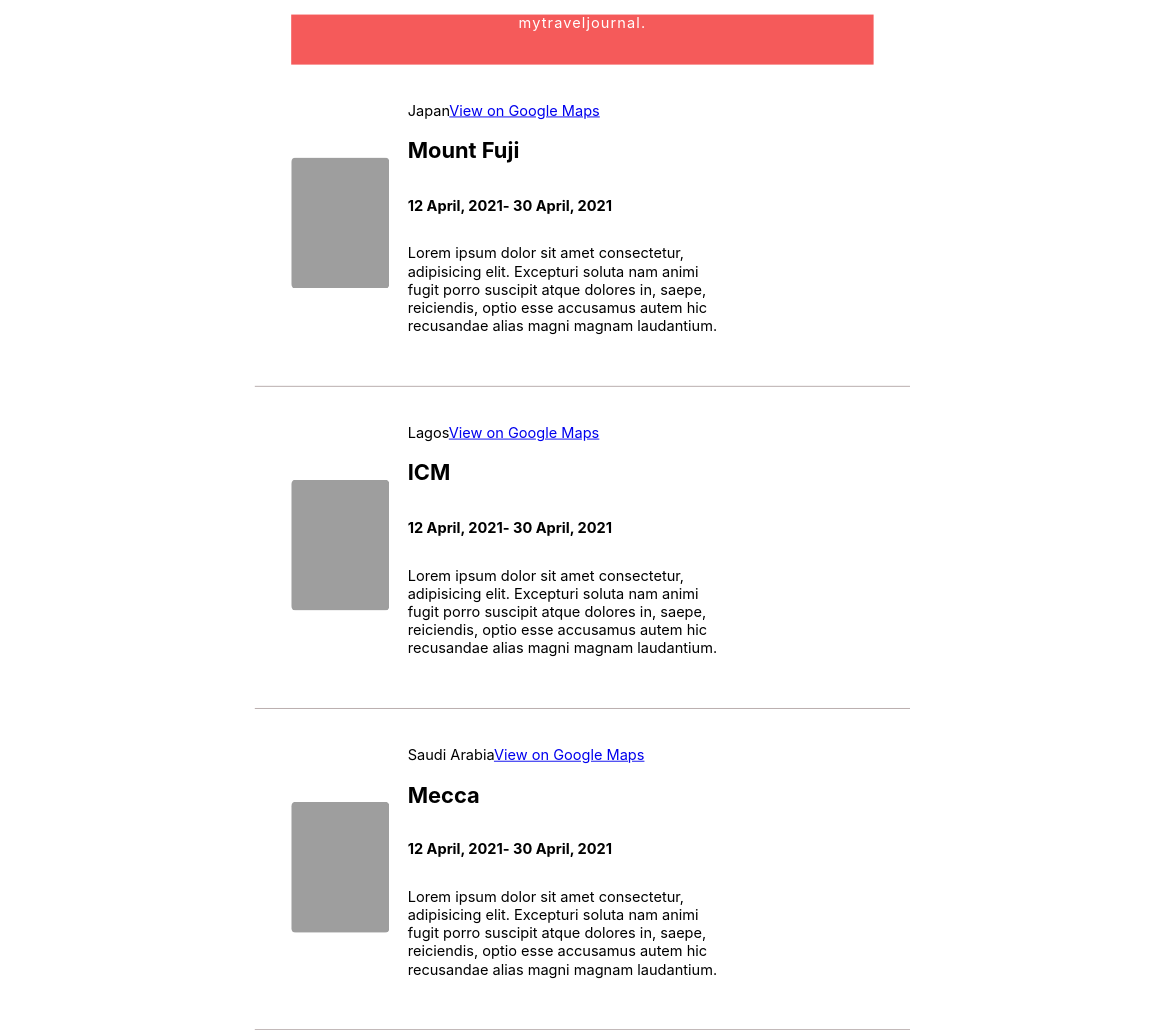
Repository: BuduCE/travel-journal
Page: /
An editor plug-in stored every save of this project. The page is shown before and after the next save, followed by the edit.
The browser window is 1280 px wide. The pictures show the whole page, at 91% of full size.
Pictures or frames that could not be fetched are drawn as grey boxes. The project was rebuilt for these pictures with package versions that can differ from the ones it lists, and the page was loaded fresh each time.

Above is the page before, as saved 2022-08-25 13:31:40.

### src/App.js
import './App.css';
import Home from './components/Home';
import Tour from './components/Tour';
import data from './data'

function App() {
  // Mapping through the data file
  const places = data.map(place => {
    return <Tour
              key = {place.id}
              {...place}
            />
  })

  return (
    <div className="App">
      <Home />
      {/* <Tour /> */}
      {places}
    </div>
  );
}

export default App;

### src/components/Home/index.jsx
import Tour from '../Tour'
import data from '../../data'
import './styles.css'

const Home = () => {


  return (
    <div className='Home'>
      <section className='header'>
        <p>mytraveljournal.</p>
      </section>
    </div>
  )
}

export default Home

### src/components/Tour/index.jsx
import './styles.css'
import camp from './camp.jpg'

const Tour = (props) => {
  return (
    <div className='Tour'>
      {/* Section 1 */}
      <div className="tour-img">
        {/* <img src={camp} alt="" /> */}
        <img src={props.image} alt="" />
      </div>

      {/* Section 2 */}
      <div className="tour-info">
        <div className="tour-loc">
          <img src="" alt="" />
          <span>{props.location}</span>
          <a href={props.googleMapsUrl}>View on Google Maps</a>
        </div>
        <h2>{props.title}</h2>
        <div className="tour-data">
          <p><b>{props.startDate}</b></p>
          <p><b>- {props.endDate}</b></p>
        </div>

        <p className='tour-desc'>
          Lorem ipsum dolor sit amet consectetur, adipisicing elit. Excepturi soluta nam animi fugit porro suscipit atque dolores in, saepe, reiciendis, optio esse accusamus autem hic recusandae alias magni magnam laudantium.
        </p>
      </div>

    </div>
  )
}

export default Tour

### src/data.js
export default [
    {
        id: 1,
        title: "Mount Fuji",
        location: "Japan",
        googleMapsUrl: "https://googlemaps",
        startDate: "12 April, 2021",
        endDate: "30 April, 2021",
        image: "https://images.unsplash.com/photo-1657214059212-104dac959c56?ixlib=rb-1.2.1&ixid=MnwxMjA3fDF8MHxzZWFyY2h8MXx8dHJhdmVsfGVufDB8fDB8fA%3D%3D&auto=format&fit=crop&w=500&q=60",
    },
    {
        id: 2,
        title: "ICM",
        location: "Lagos",
        googleMapsUrl: "https://googlemaps",
        startDate: "12 April, 2021",
        endDate: "30 April, 2021",
        image:"https://images.unsplash.com/photo-1527631746610-bca00a040d60?ixlib=rb-1.2.1&ixid=MnwxMjA3fDB8MHxzZWFyY2h8MTJ8fHRyYXZlbHxlbnwwfHwwfHw%3D&auto=format&fit=crop&w=500&q=60",
    },
    {
        id: 3,
        title: "Mecca",
        location: "Saudi Arabia",
        googleMapsUrl: "https://googlemaps",
        startDate: "12 April, 2021",
        endDate: "30 April, 2021",
        image:"https://images.unsplash.com/photo-1528543606781-2f6e6857f318?ixlib=rb-1.2.1&ixid=MnwxMjA3fDB8MHxzZWFyY2h8MTh8fHRyYXZlbHxlbnwwfHwwfHw%3D&auto=format&fit=crop&w=500&q=60",
    },
]

### src/components/Home/styles.css
.Home{
    width: 50%;
    margin: auto;
}
.header{
    background: #F55A5A;
    height: 55px;
    text-align: center;
    font-size: 1rem;
    line-height: 18px;
    letter-spacing: 0.075em;
    color: #fff;
}
.tour-list{
    /* padding: 40px; */
}

### src/components/Tour/styles.css
.Tour{
    width: 50%;
    margin: auto;
    display: grid;
    grid-template-columns: 1fr 4fr;
    padding: 40px;
    align-items: center;
    border-bottom: 1px solid #b3a7a7;
}
.tour-img{
    margin-right: 20px;
}
.tour-img > img{
    width: 100%;
    height: 20vh;
    border-radius: 5px;
}
.tour-data{
    display: flex;
}
.tour-desc{
    width: 70%;
}

Loaded but not shown: public/index.html (common file); src/index.js (common file); src/index.css (common file); src/reportWebVitals.js (common file); src/App.css (common file)

After the next save:
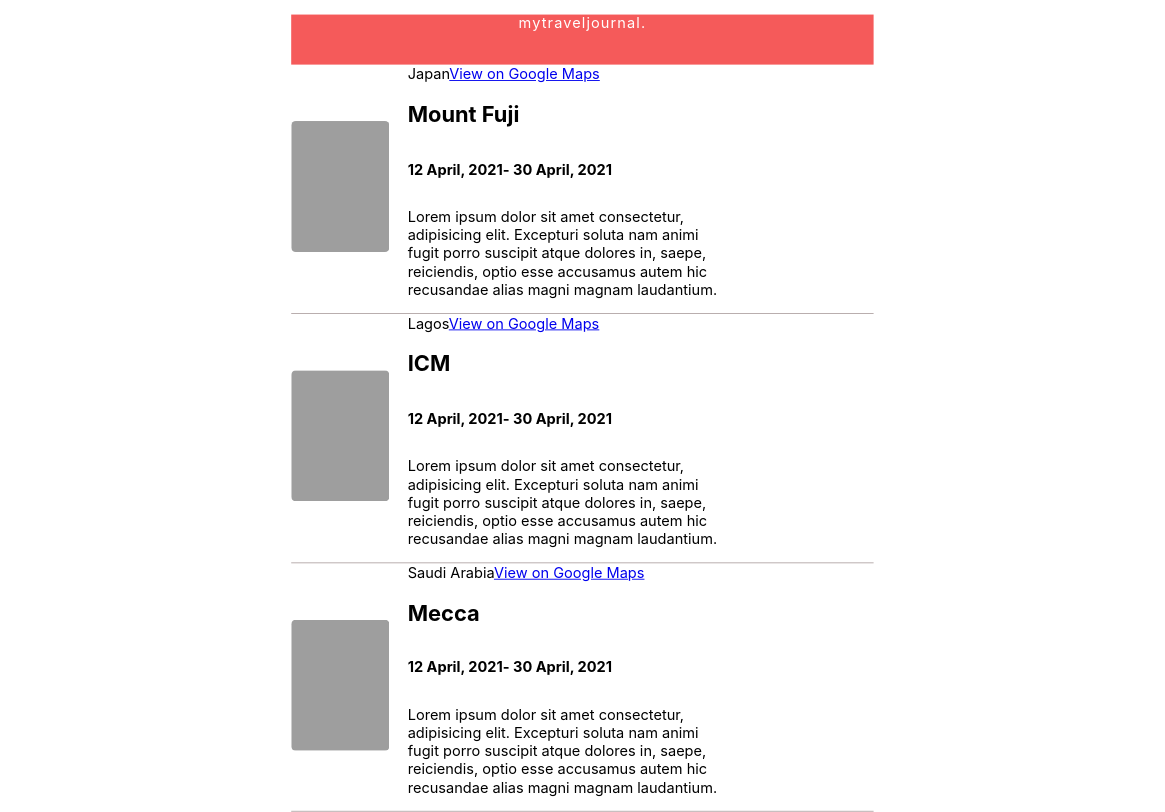
Saved 27 s later.
--- a/src/components/Tour/styles.css
+++ b/src/components/Tour/styles.css
@@ -3,7 +3,7 @@
     margin: auto;
     display: grid;
     grid-template-columns: 1fr 4fr;
-    padding: 40px;
+    /* padding: 40px; */
     align-items: center;
     border-bottom: 1px solid #b3a7a7;
 }
